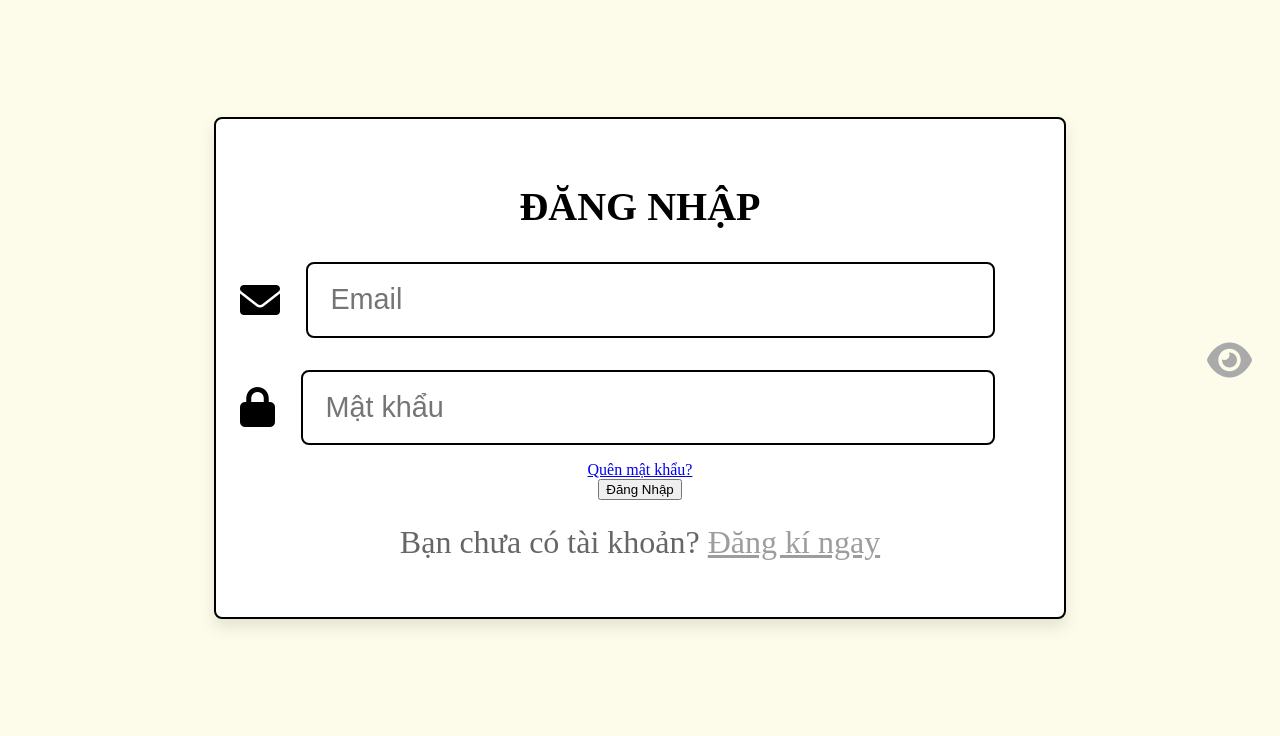
Repository: Dien973/expense_manager
Page: http://localhost/expense_manager/account/login.php
These files come from the project's save history. The page is drawn as it stood at one moment and after the next save; the edit follows.
The browser window is 1280 px wide. The pictures show the whole page.
The page is run by PHP 8.4 with error messages shown; the project is at /var/www/html/.

Above is the page before, as saved 2025-12-05 17:06:26.

### account/login.php
<?php

@include '../config.php';
session_start();

if(isset($_POST['submit'])){

   $filter_email = filter_var($_POST['email'], FILTER_SANITIZE_STRING);
   $email = mysqli_real_escape_string($conn, $filter_email);
   $filter_pass = filter_var($_POST['pass'], FILTER_SANITIZE_STRING);
   $pass = mysqli_real_escape_string($conn, $filter_pass);

   $select_users = mysqli_query($conn, "SELECT * FROM `users` WHERE uemail = '$email' AND upwd = '$pass'") or die('Thất bại');


   if(mysqli_num_rows($select_users) > 0){

      $row = mysqli_fetch_assoc($select_users);

      if($row['urole'] == 'admin'){

         $_SESSION['admin_name'] = $row['uname'];
         $_SESSION['admin_email'] = $row['uemail'];
         $_SESSION['admin_id'] = $row['uid'];
         header('location:ad_home.php');

      }elseif($row['urole'] == 'user'){

         $_SESSION['user_name'] = $row['uname'];
         $_SESSION['user_email'] = $row['uemail'];
         $_SESSION['user_id'] = $row['uid'];
         header('location:home.php');

      }else{
         $message[] = 'Không tìm thấy người dùng!';
      }

   }else{
      $message[] = 'Sai email hoặc mật khẩu!';
   }

}

?>

<!DOCTYPE html>
<html lang="en">
<head>
   <meta charset="UTF-8">
   <meta http-equiv="X-UA-Compatible" content="IE=edge">
   <meta name="viewport" content="width=device-width, initial-scale=1.0">
   <title>Đăng nhập</title>

   <!-- font awesome cdn link  -->
   <link rel="stylesheet" href="https://cdnjs.cloudflare.com/ajax/libs/font-awesome/6.0.0/css/all.min.css">

   <!-- custom css file link  -->
   <link rel="stylesheet" href="../css/main.css">

</head>
<body>

<?php
if(isset($_SESSION['success'])){
    echo '
    <div class="message-overlay">
        <div class="message-box">
            <span>'.$_SESSION['success'].'</span>
            <i class="fas fa-times" onclick="this.parentElement.parentElement.remove();"></i>
        </div>
    </div>
    ';
    unset($_SESSION['success']);
}

?>

<section class="form-container">

   <form action="" method="post">
      <h3>Đăng Nhập</h3>

      <div class="input-boxes">
         <div class="inpt">
            <i class="fas fa-envelope"></i>
            <input type="email" name="email" class="box" placeholder="Email" required>
         </div>
         <div class="inpt">
            <i class="fas fa-lock"></i>
            <input type="password" name="pass" class="box pwd" placeholder="Mật khẩu" required>
            <i class="fa-solid fa-eye eye toggle-eye"></i>
         </div>
         <!--div>
            <input id="remember-login" type="checkbox" name="remember">
            <label for="remember-login">Ghi nhớ đăng nhập</label>
         </div-->
         <div class="forgot-password" class="text"><a href="forgot_pwd.php">Quên mật khẩu?</a></div>
         <input type="submit" class="btn" name="submit" value="Đăng Nhập">
         <p>Bạn chưa có tài khoản? <a href="signup.php">Đăng kí ngay</a></p>
      </div>
   </form>
</section>

   <script src="../js/show_pwd.js"></script>
</body>
</html>

### config.php
<?php
// Kết nối đến cơ sở dữ liệu MySQL
$servername = "localhost";
$username = "root";
$password = "";
$dbname = "qly_chi_tieu";

// Tạo kết nối
$conn = mysqli_connect($servername, $username, $password, $dbname);

// Kiểm tra kết nối
if (!$conn) {
    die("Connection failed: " . mysqli_connect_error());
}
?>

### css/main.css
body {
  background-color: rgb(253, 252, 234);
}
/*----------FORM ĐĂNG NHẬP------------*/
.form-container {
  display: flex;
  align-items: center;
  justify-content: center;
  min-height: 100vh;
}

.form-container form {
  padding: 1.5rem;
  border-radius: 0.5rem;
  border: #000 solid 2px;
  background-color: #ffffff;
  box-shadow: 0 0.5rem 1rem rgba(0, 0, 0, 0.1);
  width: 50rem;
  text-align: center;
}

.form-container form h3 {
  font-size: 2.5rem;
  text-transform: uppercase;
  color: #000;
  margin-bottom: 1rem;
}

.form-container form .inpt {
  display: flex;
  align-items: center; /* Căn chỉnh theo chiều dọc */
  gap: 10px; /* Tạo khoảng cách giữa icon và input */
  padding-right: 45px;
}
.form-container form .box {
  width: 100%;
  padding: 1.2rem 1.4rem;
  font-size: 1.8rem;
  color: #000;
  border: #000 solid 2px;
  background-color: #fff;
  margin: 1rem 0;
  border-radius: 0.5rem;
  position: relative;
}

.form-container form .toggle-eye {
  position: absolute;
  cursor: pointer;
  /* Tùy chọn: đổi màu cho dễ nhìn */
  color: #aaa;
  right: 12px;
  top: 50%;
  transform: translateY(-50%);
}

.form-container form i {
  color: #000;
  font-size: 2.5rem;
  margin-right: 1rem;
}

.form-container form p {
  margin-top: 1.5rem;
  font-size: 2rem;
  color: #666;
}

.form-container form p a {
  color: #9e9d9d;
}

.form-container form p a:hover {
  text-decoration: underline;
}

/* Lớp che nền */
.message-overlay {
  position: fixed;
  top: 0;
  left: 0;
  width: 100%;
  height: 100%;
  background: rgba(0, 0, 0, 0.5);
  display: flex;
  justify-content: center;
  align-items: center;
  z-index: 20000;
}

/* Hộp thông báo */
.message-box {
  background: #fff;
  padding: 2rem 3rem;
  border-radius: 10px;
  text-align: center;
  min-width: 350px;
  max-width: 80%;
  box-shadow: 0 10px 25px rgba(0, 0, 0, 0.3);
  position: relative;
  animation: popupShow 0.25s ease-out;
}

/* Nội dung */
.message-box span {
  font-size: 2rem;
  color: #000;
}

/* Icon đóng */
.message-box i {
  position: absolute;
  top: 10px;
  right: 12px;
  font-size: 2.2rem;
  color: #c0392b;
  cursor: pointer;
  transition: 0.2s;
}

.message-box i:hover {
  transform: rotate(90deg);
}

/* Animation hiển thị */
@keyframes popupShow {
  from {
    opacity: 0;
    transform: scale(0.8);
  }
  to {
    opacity: 1;
    transform: scale(1);
  }
}

### js/show_pwd.js
document.querySelector(".toggle-eye").addEventListener("click", function () {
  const pwd = document.querySelector(".pwd");
  if (pwd.type === "password") {
    pwd.type = "text";
    this.classList.remove("fa-eye");
    this.classList.add("fa-eye-slash");
  } else {
    pwd.type = "password";
    this.classList.remove("fa-eye-slash");
    this.classList.add("fa-eye");
  }
});

After the next save:
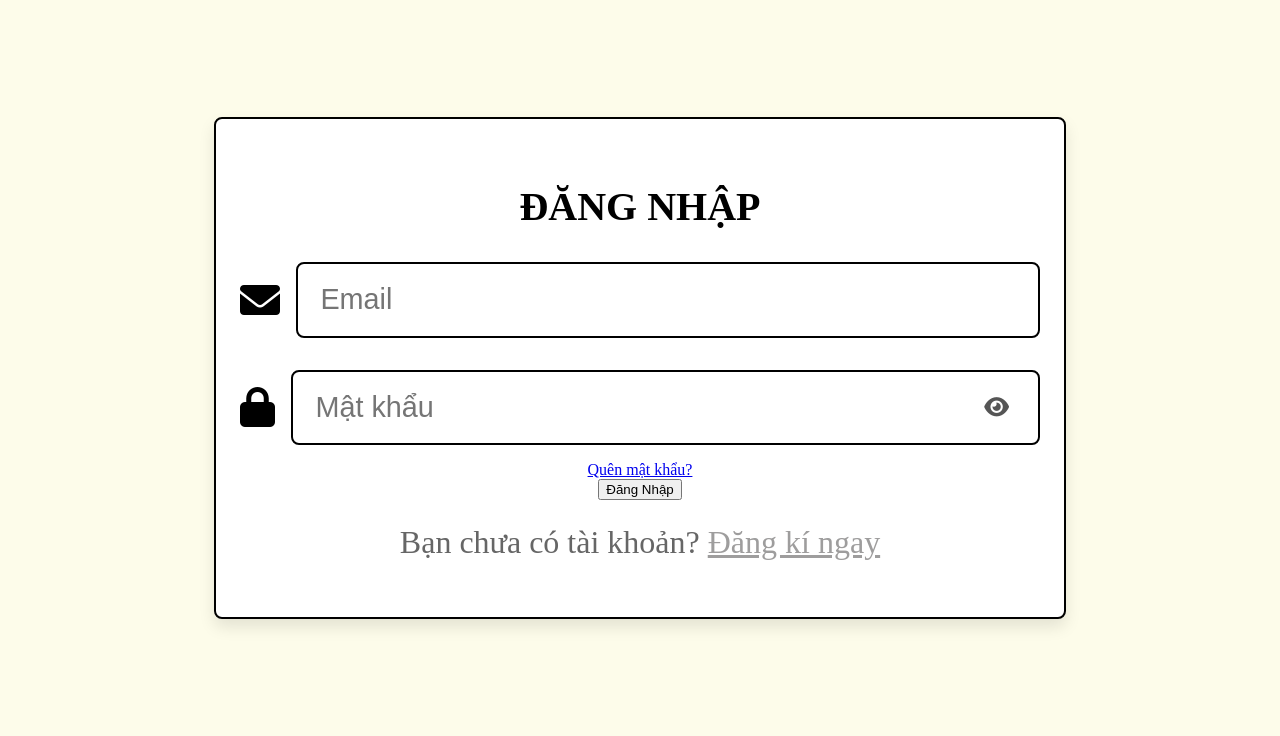
Saved 2 min 1 s later.
--- a/css/main.css
+++ b/css/main.css
@@ -26,12 +26,32 @@ body {
   margin-bottom: 1rem;
 }
 
+/* --- FIX ICON EYE TRONG Ô INPUT --- */
+
 .form-container form .inpt {
+  position: relative !important; /* KHÔNG ĐƯỢC THIẾU */
   display: flex;
-  align-items: center; /* Căn chỉnh theo chiều dọc */
-  gap: 10px; /* Tạo khoảng cách giữa icon và input */
-  padding-right: 45px;
+  align-items: center;
 }
+
+.form-container form .inpt input.box {
+  width: 100%;
+  padding-right: 45px !important; /* CHỪA CHỖ CHO ICON MẮT */
+  box-sizing: border-box;
+}
+
+.form-container form .toggle-eye,
+.form-container form .eye {
+  position: absolute !important;
+  right: 15px !important;
+  top: 50% !important;
+  transform: translateY(-50%) !important;
+  font-size: 22px;
+  cursor: pointer;
+  color: #555;
+  z-index: 10;
+}
+
 .form-container form .box {
   width: 100%;
   padding: 1.2rem 1.4rem;
@@ -42,16 +62,6 @@ body {
   margin: 1rem 0;
   border-radius: 0.5rem;
   position: relative;
-}
-
-.form-container form .toggle-eye {
-  position: absolute;
-  cursor: pointer;
-  /* Tùy chọn: đổi màu cho dễ nhìn */
-  color: #aaa;
-  right: 12px;
-  top: 50%;
-  transform: translateY(-50%);
 }
 
 .form-container form i {
